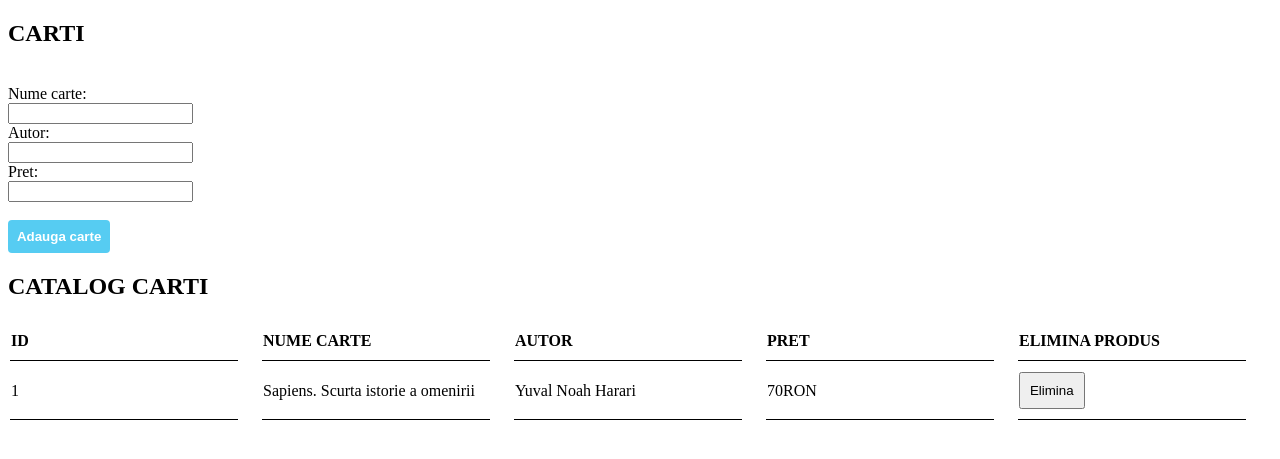
Repository: mireladavid/afacerielectronice
Page: frontend/index.html
The author's editor kept a record of every edit. The page is drawn from the files as they stood at one moment, then again after the next edit.
The browser window is 1280 px wide. The pictures show the whole page.
The page's requests for data from a server got no answer.

Above is the page before.

After the next edit:
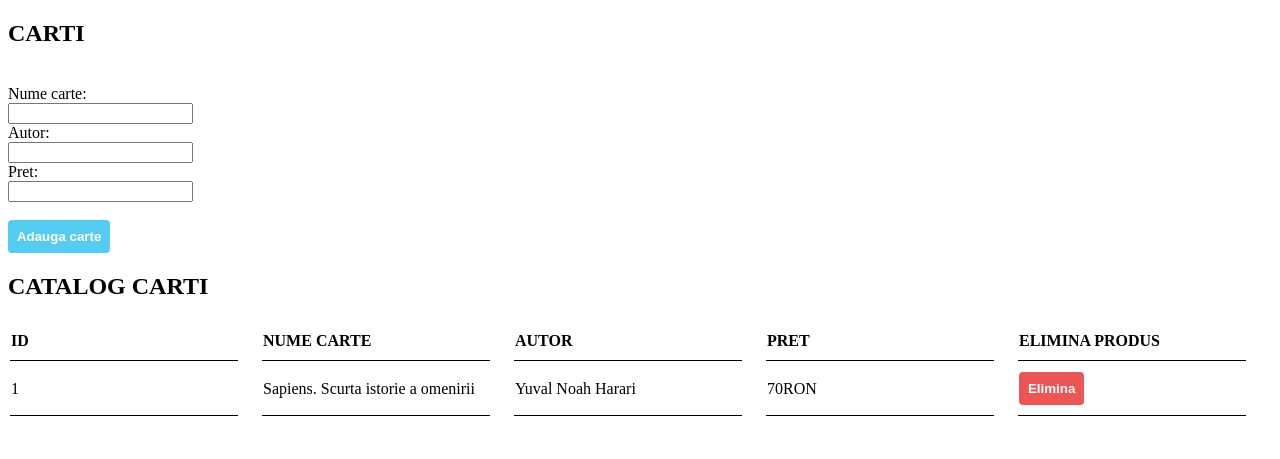
The edit:
--- a/frontend/styles.css
+++ b/frontend/styles.css
@@ -39,3 +39,11 @@
     border-radius: .3em;
     font-weight: bold;
 }
+
+.btn-danger {
+    color: white;
+    background-color: #EB5757;
+    border: none;
+    border-radius: .3em;
+    font-weight: bold;
+}
